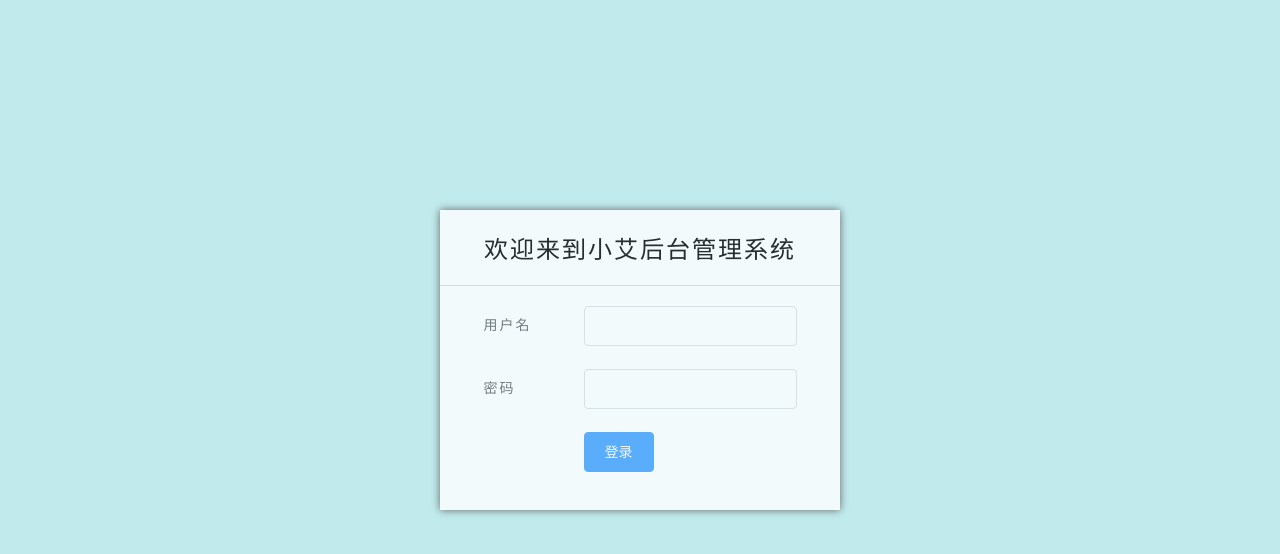
Repository: noob-injoker/router-slots-cw-ee
Page: /Login
An editor plug-in stored every save of this project. The page is shown before and after the next save, followed by the edit.
The browser window is 1280 px wide. The pictures show the whole page.
The project was rebuilt for these pictures with package versions that can differ from the ones it lists, and the page was loaded fresh each time. Also part of the build but not shown: vue.config.js, src/views/Home.vue, src/views/Layout.vue.

Above is the page before, as saved 2020-08-29 19:40:29.

### src/main.js
import Vue from 'vue'
import App from './App.vue'
import router from './router'
import store from './store'
import './bus'
import ElementUI from 'element-ui'
import 'element-ui/lib/theme-chalk/index.css'

Vue.use(ElementUI)

Vue.config.productionTip = false

new Vue({
  router,
  store,
  render: h => h(App)
}).$mount('#app')

### src/App.vue
<template>
<div id="app">

  <router-view />

</div>
</template>

<style>
@import './styles/styles.scss';
@import './styles/common.scss';
</style>

### src/router/index.js
import Vue from 'vue'
import VueRouter from 'vue-router'
import Home from '../views/Home.vue'
import Layout from '../views/Layout.vue'

Vue.use(VueRouter)

  const routes = [
    {
      path: '/',
      name: 'Layout',
      component: Layout,
      children: [

        {
          path: '',
          name: 'Home',
          component: Home
        }
        // ,
        // {
        //   path: 'cata',
        //   name: 'cata',
        //   component: () => import('../views/cata.vue')
        // }
      ]

    },
    {
      path:'/Login',
      name:"Login",
      component: () => import('../views/Login.vue'),
      meta:{
        title:'登录'
      }
    },
  // ,
  // {
  //   path: '/about',
  //   name: 'About',
  //   // route level code-splitting
  //   // this generates a separate chunk (about.[hash].js) for this route
  //   // which is lazy-loaded when the route is visited.
  //   component: () => import(/* webpackChunkName: "about" */ '../views/About.vue')
  // }

]

const router = new VueRouter({
  mode: 'history',
  base: process.env.BASE_URL,
  routes
})

export default router

### src/store/index.js
import Vue from 'vue'
import Vuex from 'vuex'
import user from './user/user'

Vue.use(Vuex)

export default new Vuex.Store({
  state: {
    some:""
  },
  mutations: {
    setSome(state,data){
      state.some = data
    }
  },
  actions: {
  },
  modules: {
    user
  }
})

### src/bus/index.js
import Vue from 'vue'
const bus = new Vue()
Vue.prototype.$bus = bus

### src/styles/styles.scss
.username .el-form-item__label,.password .el-form-item__label{
    text-align: left;
}

### src/styles/common.scss
*{
  margin: 0px;
  padding: 0px;
}

.df{
  display: flex;
}
.f-1{
  flex: 1;
}
.j-center{
  display: flex;
  justify-content: center;

}
.j-bettween{
  display: flex;
  justify-content: space-between;

}
.j-around{
  display: flex;
  justify-content: space-around;
}
.j-end{
  display: flex;
  justify-content: flex-end;
}
.a-center{
  align-items: center;
}
.f-column{
  display: flex;
  flex-direction: column;
}
.p-r{
  position: relative;
}
.p-a{
  position: absolute;
}

.r1{
  border: 1px solid red;
}
.y1{
  border: 1px solid yellow;
}
.b1{
  border: 1px solid black;
}

.l-height32{
  line-height: 32px;
}
.w100{

  width: 100%;

}
.t-center{
  text-align: center;

}
.f12{
  font-size: 12px;
}

.w1170{
  width: 1170px;
}
.h100{
  height: 100px;
}
.h70{
  height: 70px;
}
.h436{
  height: 436px;
}
.h350{
  height: 350px;
}
.w1070{
  width: 1070px;
}
.h1590{
  height: 1590px;
}
.h726{
  height: 726px;
}
.w1054{
  width: 1054px;
}
.h160{
  height: 160px;
}
.w732{
  width: 732px;
}
.b2{
  border: 2px solid black;
}
.h434{
  height: 434px;

}
.h600{
  height: 600px;
}
.w1078{
  width: 1078px;
}
.h362{
  height: 362px;
}
.fs16{
  font-size: 16px;
}
.w652{
  width: 652px;

}
.h82{
  height: 82px;
}
.w1064{
  width: 1064px;
}
.h352{
  height: 352px;
}
.w286{
  width: 286px;
}
.h22{
  height: 22px;
}
.w290{
  width: 290px;
}
.h330{
  height: 330px;
}
.mt40{
  margin-top: 40px;
}
.h724{
  height: 724px;
}
.h630{
  height: 630px;

}
.w1058{
  width: 1058px;
}
.h160{
  height: 160px;
}
.w290{
  width: 290px;
}
.w738{
  width: 738px;
}
.w1170{
  width: 1170;
}
.h468{
  height: 468px;
}
.mt20{
  margin-top: 20px;
}
.h318{
  height: 318px;
}
.w652{
  width: 652px;
}
.w370{
  width: 370px;
}
.h314{
  height: 314px;
}
.g1{
  border: 1px solid gray;
}
.w146{
  width: 146px;
}
.box_content3_pic img{
  width: 100%;
  height: 100%;
}
.w488{
  width: 488px;
}
.h420{
  height: 420px;
}
.h234{
  height: 234px;
}
.w950{
  width: 950px;
}
.h68{
  height: 68px;
}
.w124{
  width: 124px;
}
.h50{
  height: 50px;
}
.w190{
  width: 190px;
}
.h44{
  height: 44px;
}
.w184{
  width: 184px;
}
.h32{
  height: 32px;
}
.h400{
  height: 400px;
}
.w1200{
  width: 1200px;
}
.w950{
  width: 950px;

}
.h630{
  height: 630px;
}
.h188{
  height: 188px;
}
.h380{
  height: 380px;
}
.h335{
  height: 335px;
}
.h138{
  height: 138px;
}
.w238{
  width: 238px;
}
.h668{
  height: 668px;
}
.h446{
  height: 446px;
}
.w460{
  width: 460px;
}
.w140{
  width: 140px;
}
.h140{
  height: 140px;
}
.w320{
  width: 320px;
}
.w950{
  width: 950px;

}
.h498{
  height: 498px;
}
.h100{
  height: 100px;
}
.h398{
  height: 398px;
}
.mb10{
  margin-bottom: 10px;
}
.w358{
  width: 358px;
}
.w440{
  width: 440px;
}
.w119{
  width: 119px;
}
.h30{
  height: 30px;
}
.w59{
  width: 59px;
}
.h88{
  height: 88px;
}
.w1000{
  width: 1000px;
}
.height{
  height: 460px;
}
.w120{
  width: 120px;
}
.h70{
  height: 70px;
}
.fs12{
  font-size: 12px;
}
.fs14{
  font-size: 14px;
}
.h509{
  height: 509px;
}
.w644{
  width: 644px;
}
.w274{
  width: 274px;
}
.w162{
  width: 274px;
}
.h104{
  height: 104px;
}
.w450{
  width: 450px;
}
.w162{
  width: 162px;
}
.h38{
  height: 38px;
}
.h40{
  height: 40px;
}
.w276{
  width: 276px;
}
.h320{
  height: 320px;
}
.w274{
  width: 274px;

}
.h76{
  height: 76px;
}
.h84{
  height: 84px;
}
.h140{
  height: 140px;
}
.h72{
  height: 72px;
}
.h80{
  height: 80px;
}
.h140{
  height: 140px;
}
.w98{
  width: 98px;
}
.w172{
  width: 172px;
}
.h310{
  height: 310px;
}
.h150{
  height: 150px;
}
.h40{
  height: 40px;
}
.pr{
  position: relative;
}
.pa{
  position: absolute;
}
.h176{
  height: 176px;
}
.w920{
  width: 920px;
}
.h122{
  height: 122px;
}
.h145{
  height: 145px;
}
.h108{
  height: 108px;
}
.h48{
  height: 48px;
}
.w612{
  width: 612px;
}
.h36{
  height: 36px;
}
.w322{
  width: 322px;
}
.w1002{
  width: 1002px;
}
.h98{
  height: 98px;
}
.h44{
  height: 44px;
}

.h328{
  height: 328px;
}
.w670{
  width: 670px;
}
.w258{
  width: 258px;
}
.h368{
  height: 368px;
}
.h308{
  height: 308px;
}
.w332{
  width: 332px;
}
.h590{
  height: 590px;
}
.h466{
  height: 466px;
}
.w242{
  width: 242px;
}
.w732{
  width: 732px;
}
.h42{
  height: 42px;
}
.w420{
  width: 420px;
}
.w270{
  width: 270px;
}
.w730{
  width: 730px;
}
.h150{
  height: 150px;
}
.w270{
  width: 270px;
}
.h120{
  height: 120px;
}
.w420{
  width: 420px;
}

.h150{
  height: 150px;
}
.w244{
  width: 244px;

}
.h276{
  height: 276px;
}
.h42{
  height: 42px;
}
.h490{
  height: 490px;
}
.f1{
  flex: 1;
}
.f5{
  flex: 5;
}
.h64{
  height: 64px;
}
.m-l-20{
  margin-left: 20px;
}
.p-l-8{

  padding-left: 8px;
}
.cw{
  color: white;
}
.bg_blue{
  background: rgb(87, 87, 128);
}
.p10{
  padding:10px;
}
.m-t-40{
  margin-top: 40px;
}
.m-t-10{
  margin-top: 10px;
}
.wb20{
  width: 20%;
}
.wb24{
  width: 24%;
}
.hb30{
  height: 30%;
}
.h60{
  height: 60px;
}
.fs22{
  font-size: 40px;
}
.h50{
  height: 50px;
}
.w200{
  width: 200px;
}
.m-t-10{
  margin-top: 10px;
}
.fw7{
  font-weight: 700;
}
.w200{
  width: 200px;
}
.h200{
  height: 200px;
}
.h602{
  height: 602px;
}
.h608{
  height: 607px;
}
.m-l-r-20{
  margin-left: 20px;
  margin-right: 20px;
}
.bgwhite{
  background: white;
}
.fixed{
  position: fixed;
}
.m-l-r-15{
  margin-left: 15px;
  margin-right: 15px;
}
.m-l-10{
  margin-left: 10px;
}
.m-t-15{
  margin-top:15px
}
.h40{
  height: 40px;
}
.bgw{
  background: white;
}
.h30{
  height: 30px;
}
.wb100{
  width: 100%;
}
.w300{
  width: 400px;
}
.h40{
  height: 40px;
}
.m-b-20{
  margin-bottom: 20px;
}
.m-t-20{
  margin-top: 20px;
}
.m-r-30{
  margin-right:30px;
}
.ccc{
  display: flex;
  align-items: center;
  justify-content: center;
}
.w00{
  width: 100%;

}
.h00{
  height: 100%;
}
.bgBlue{
  background: blue;
}
.bgBlack{
  background: black;
}
.bgGreen{
  background: green;
}

### src/views/Login.vue
<template>
<div class="box">

  <div class="login-box">
    <div class="title ">欢迎来到小艾后台管理系统</div>
    <div class="line"></div>
    <el-form :model="ruleForm" :rules="rules" ref="ruleForm" label-width="100px" class="demo-ruleForm">

      <div class="username">
        <el-form-item label="用户名" prop="用户名">
          <el-input v-model="ruleForm.username"></el-input>
        </el-form-item>
      </div>

      <div class="password">
        <el-form-item label="密码" prop="密码">
          <el-input type="password" v-model="ruleForm.password"></el-input>
        </el-form-item>
      </div>

      <el-form-item>

        <el-button type="primary" @click="submitForm('ruleForm')">登录</el-button>

      </el-form-item>

    </el-form>
  </div>
</div>
</template>

<script>
export default {
  name: '',
  props: {},
  components: {

  },
  data() {
    return {
      ruleForm: {
        username: '',
        password: "",
      },
      rules: {
        username: [{
            required: true,
            message: '请输入用户名',
            trigger: 'blur'
          },
          {
            min: 3,
            max: 5,
            message: '长度在 3 到 5 个字符',
            trigger: 'blur'
          }
        ],
        password: [{
            required: true,
            message: '请输入密码',
            trigger: 'blur'
          },
          {
            min: 3,
            max: 5,
            message: '长度在 3 到 5 个字符',
            trigger: 'blur'
          }
        ]
      }

    }
  },
  methods: {

    submitForm(formName) {
      this.$refs[formName].validate((valid) => {
        if (valid) {
          this.$store.dispatch('user/login', {
            username: this.ruleForm.username,
            password: this.ruleForm.password
          })
          alert('submit!');

        } else {
          console.log('error submit!!');
          return false;
        }
      });
    }

  },
  mounted() {

  },
  watch: {

  },
  computed: {

  }
}
</script>

<style lang="scss" scoped>
.line {
  text-align: left !important;
}

.line {
  margin: 20px auto;
  width: 100%;
  height: 1px;
  background: rgb(216, 212, 212);
}

.b1 {
  border: 1px solid red;
}

.title {
  margin-top: 20px;
  font-size: 24px;
}

.el-input__inner {
  background: white;
}

.box {
  letter-spacing: 2px;
  background: rgb(192, 234, 236);
  width: 100%;
  height: 100%;
  position: absolute;

}

.login-box {
  position: absolute;
  margin: auto;
  left: 0;
  right: 0;
  top: 0;
  bottom: 0;
  width: 400px;
  height: 300px;
  background: white;
  box-shadow: 0 0 8px rgb(75, 70, 70);
  display: flex;
  flex-direction: column;
  align-items: center;
  opacity: 0.8;

}
</style>

### src/store/user/user.js
import api from '../../http/api'
import router from '../../router'
import {Message} from 'element-ui'

export default {
  // 开启命名空间 这个文件就是单独的一个vuex的模块
  namespaced: true,
  state: {
    menus: []
  },
  mutations: {
    setMenus(state, data) {
      state.menus = data
    }
  },
  actions: {
    // 所有的请求都写在actions里面
    // action里面的方法可以传两个参数 第一个参数是整个store(vuex对象) 第二个参数是请求的参数
    async getMenus({commit}) {
      let res = await api.getMenus()
      if (res.meta.status === 200) {
        // 提交mutation
        commit('setMenus', res.data)
      }
    },
    async login({commit}, {username, password}) {
      console.log(commit);
      let res = await api.login({
        username,
        password
      })
      if (res.meta.status === 200) {
        // 存储信息
        localStorage.setItem('adminToken', res.data.token)
        localStorage.setItem('adminUser', JSON.stringify(res.data))
        // 跳转路由
        router.push('/Home')
        // 提示用户
        Message.success('登录成功')
      } else {
        Message.error(res.meta.msg)
      }
    }
    // getMenus() {
    //   api.getMenus().then().catch()
    // }
  },
}

### src/http/api.js
import service from './index'

export default {
  login({username, password}) {
    return service.post('/login', {
      username,
      password
    })
  },
  getMenus() {
    return service.get('menus')
  }
}

### src/http/index.js
import axios from 'axios'
import nprogress from 'nprogress'
import {Message} from 'element-ui'


// 运行环境: 本地环境:devlpment 和线上(生产)环境: production
const isPro = process.env.NODE_ENV === 'production'

// 创建一个axios的实例
const service = axios.create({
  // 基础路径: 需要根据当前的运行环境来判断
  baseURL: isPro ? '线上的接口路径' : '/api',
  // 超时时间
  timeout: 100000
})


// 请求拦截: 每一次发请求都会做的事情
service.interceptors.request.use((config) => {
  nprogress.start()
  // 前后端鉴权
  // jwt: JSON WEB TOKEN
  // 登录成功之后 后端会返回一个令牌
  let token = localStorage.getItem('adminToken')
  if (token) {
    // 需要在请求头当中添加token
    config.headers['Authorization'] = token
  }
  return config
}, err => {
  nprogress.done()
  return Promise.reject(err)
})


// 响应拦截: 每一次接口返回数据的时候都会做的事情
service.interceptors.response.use((res) => {
  nprogress.done()
  return res.data
}, err => {
  if (err.response && err.response.status) {
    // 错误请求的状态码
    let status = err.response.status
    if (status === 400) {
      Message.error('参数错误')
    }
    if (status === 401) {
      Message.error('登录过期,请重新登录')
    }
    if (status === 403) {
      Message.error('没有权限')
    }
    if (status === 404) {
      Message.error('接口路径错误')
    }
    if (status === 500) {
      Message.error('服务器出错')
    }
    if (status === 503) {
      Message.error('服务器在维护')
    }
  }
  return Promise.reject(err)
})


export default service

Loaded but not shown: public/index.html (common file)

After the next save:
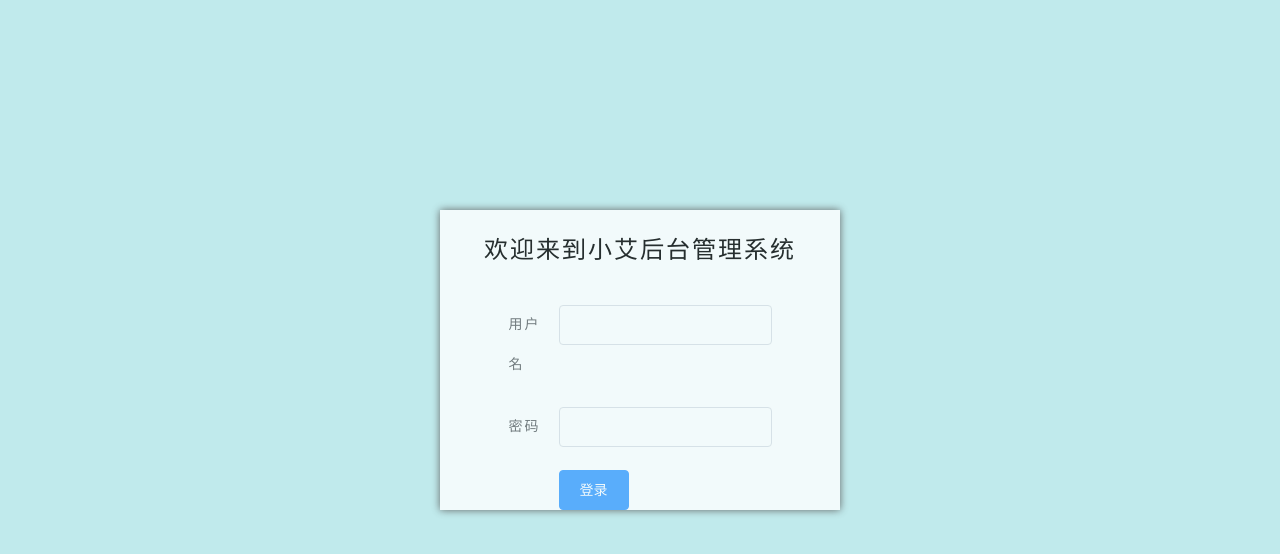
Saved 33 min 43 s later.
--- a/src/views/Login.vue
+++ b/src/views/Login.vue
@@ -4,7 +4,7 @@
   <div class="login-box">
     <div class="title ">欢迎来到小艾后台管理系统</div>
     <div class="line"></div>
-    <el-form :model="ruleForm" :rules="rules" ref="ruleForm" label-width="100px" class="demo-ruleForm">
+    <el-form :model="ruleForm" :rules="rules" ref="ruleForm" label-width="50px" class="demo-ruleForm">
 
       <div class="username">
         <el-form-item label="用户名" prop="用户名">

After the save that followed:
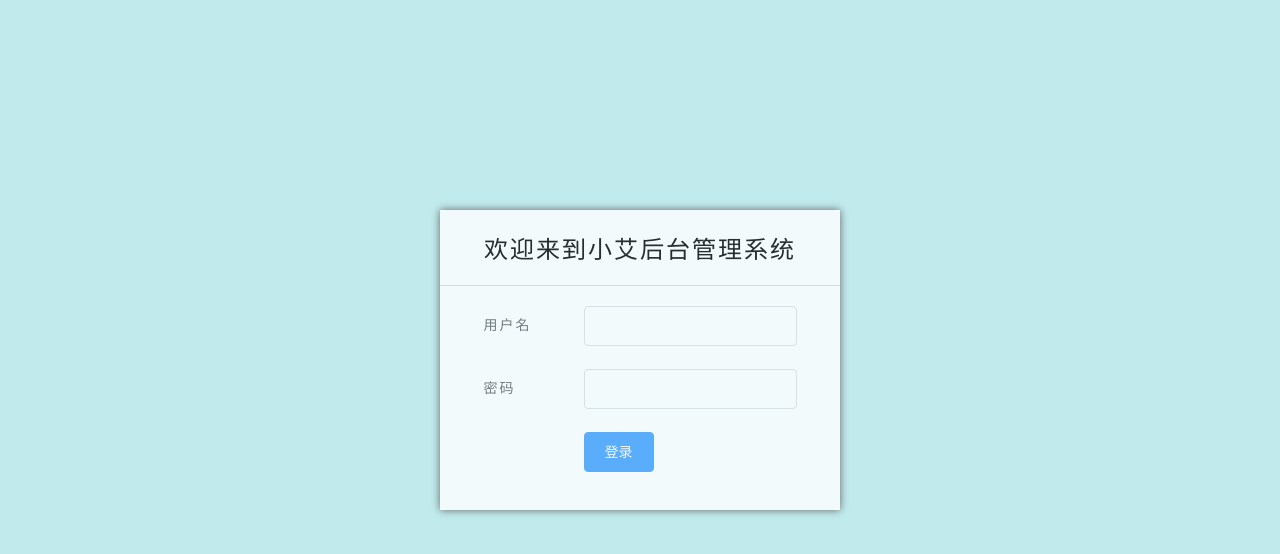
Saved 27 s later.
--- a/src/views/Login.vue
+++ b/src/views/Login.vue
@@ -4,7 +4,7 @@
   <div class="login-box">
     <div class="title ">欢迎来到小艾后台管理系统</div>
     <div class="line"></div>
-    <el-form :model="ruleForm" :rules="rules" ref="ruleForm" label-width="50px" class="demo-ruleForm">
+    <el-form :model="ruleForm" :rules="rules" ref="ruleForm" label-width="100px" class="demo-ruleForm">
 
       <div class="username">
         <el-form-item label="用户名" prop="用户名">
